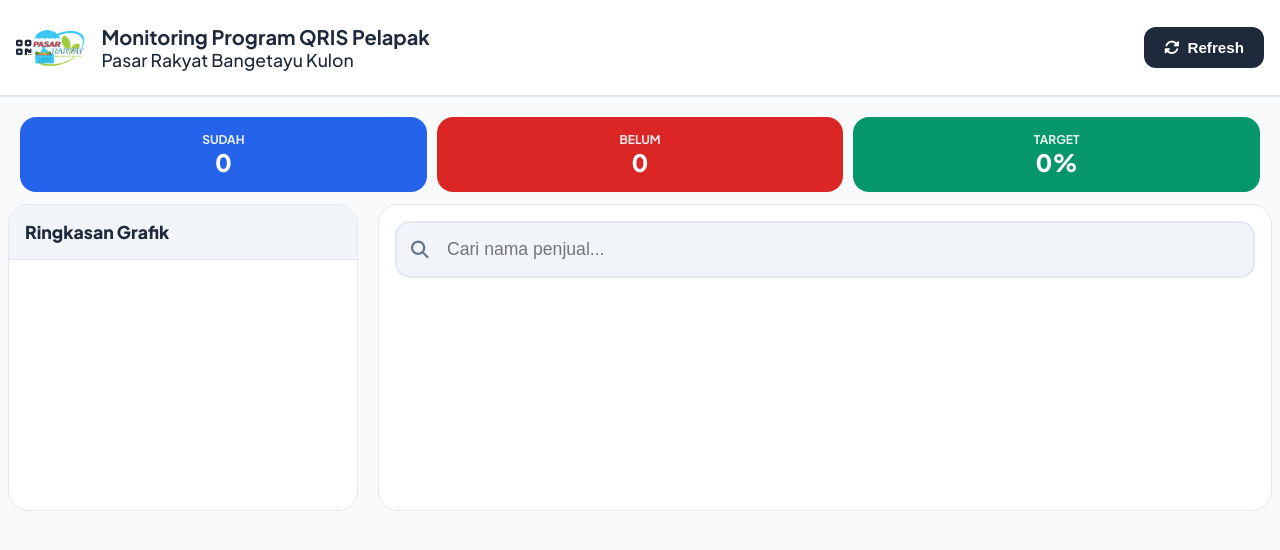
Repository: pasarrakyatbak/monitoringqrispelapak
Page: qris.html
An editor plug-in stored every save of this project. The page is shown before and after the next save, followed by the edit.
The browser window is 1280 px wide. The pictures show the whole page.
The page's requests for data from a server got no answer.

Above is the page before, as saved 2026-01-06 19:47:56.

After the next save:
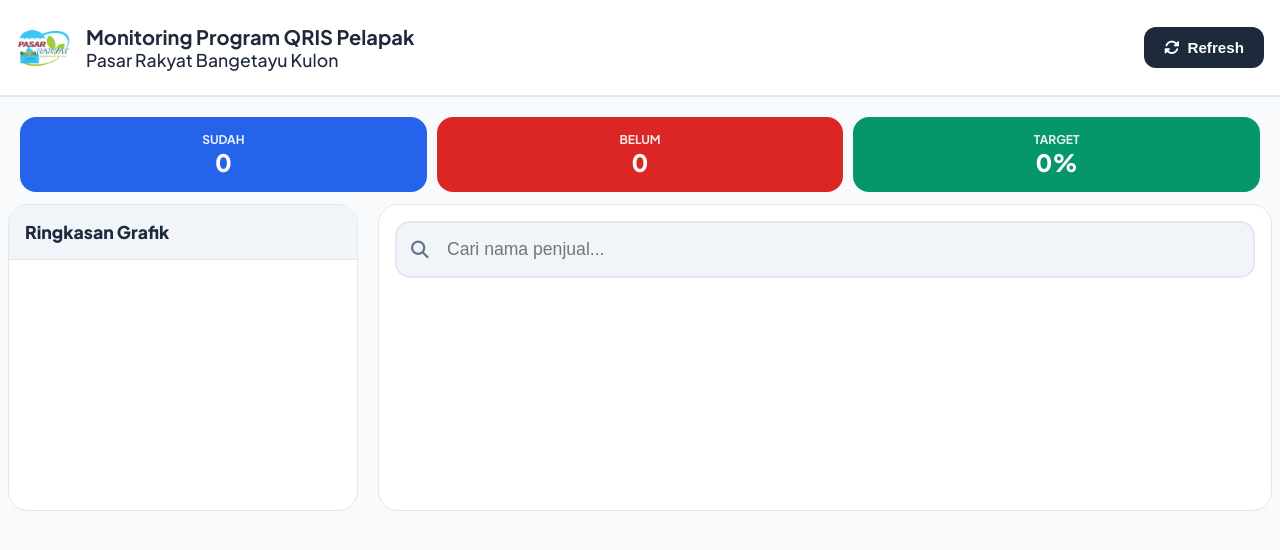
Saved 29 s later.
--- a/qris.html
+++ b/qris.html
@@ -24,7 +24,6 @@
     <div class="app-shell">
         <header class="top-nav">
             <div class="brand">
-                <i class="fas fa-qrcode"></i>
                 <img src="assets/img/logo.png" alt="Logo Pasar Rakyat" class="brand-logo">
                 <div>
                     <h1>Monitoring Program QRIS Pelapak</h1>
